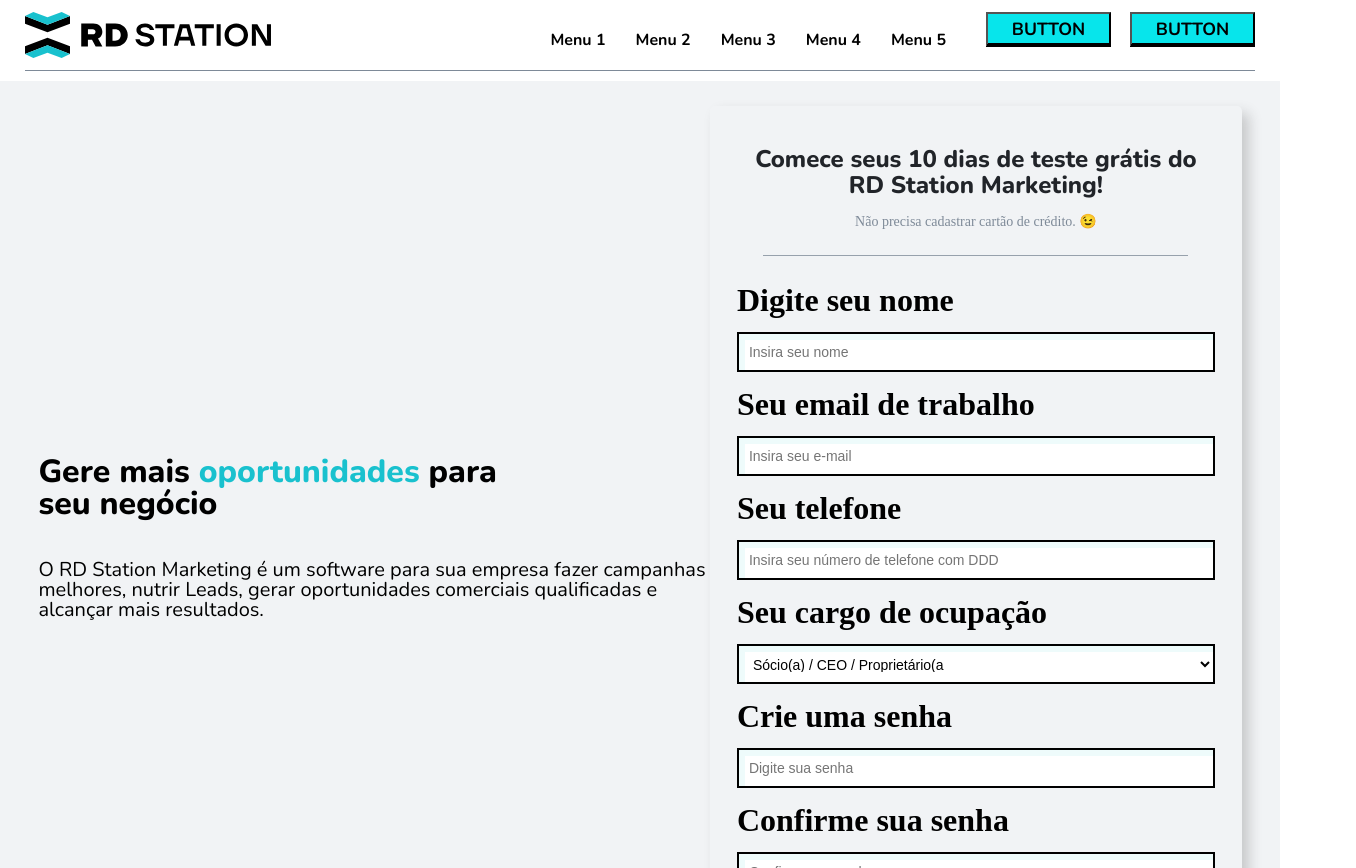
Repository: LarisseLima/rd
Page: index.html
An editor plug-in stored every save of this project. The page is shown before and after the next save, followed by the edit.
The browser window is 1280 px wide. The page is 1356 px wide, so the pictures cover 1356 px, including what lies to the right of the window. The pictures show the part of the page from y = 0 to 868 px (the page is 4697 px tall).

Above is the page before, as saved 2021-07-27 14:16:57.

After the next save:
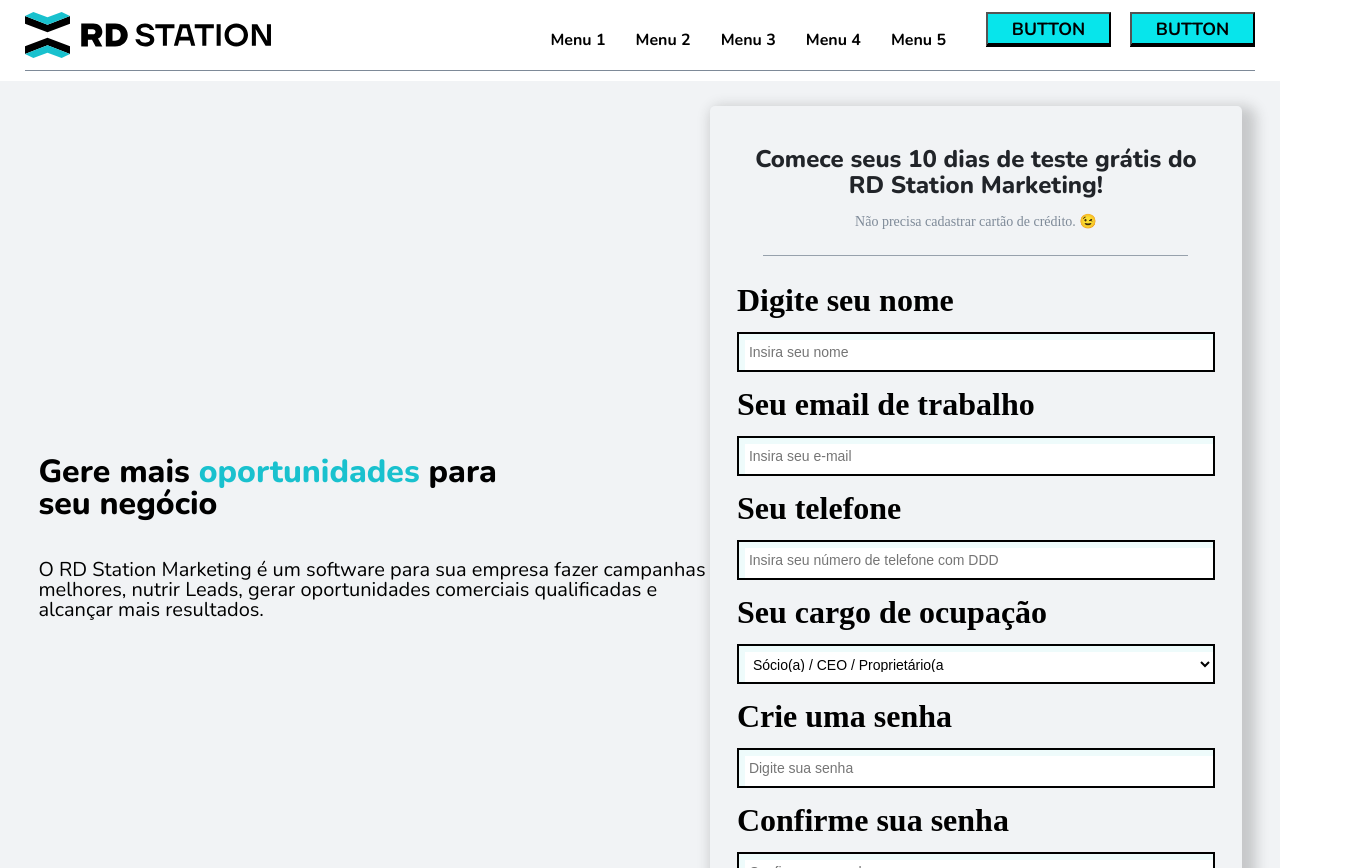
Saved 25 s later.
--- a/css/style.css
+++ b/css/style.css
@@ -112,7 +112,7 @@
 
 form{
   border-radius: 5px;
-  box-shadow: 7px 7px 13px 0px rgba(50, 50, 50, 0.22);
+  box-shadow: 7px 7px 13px 7px rgba(50, 50, 50, 0.22);
   /* padding: 30px;
   margin: 20px;
   width: 400px;
